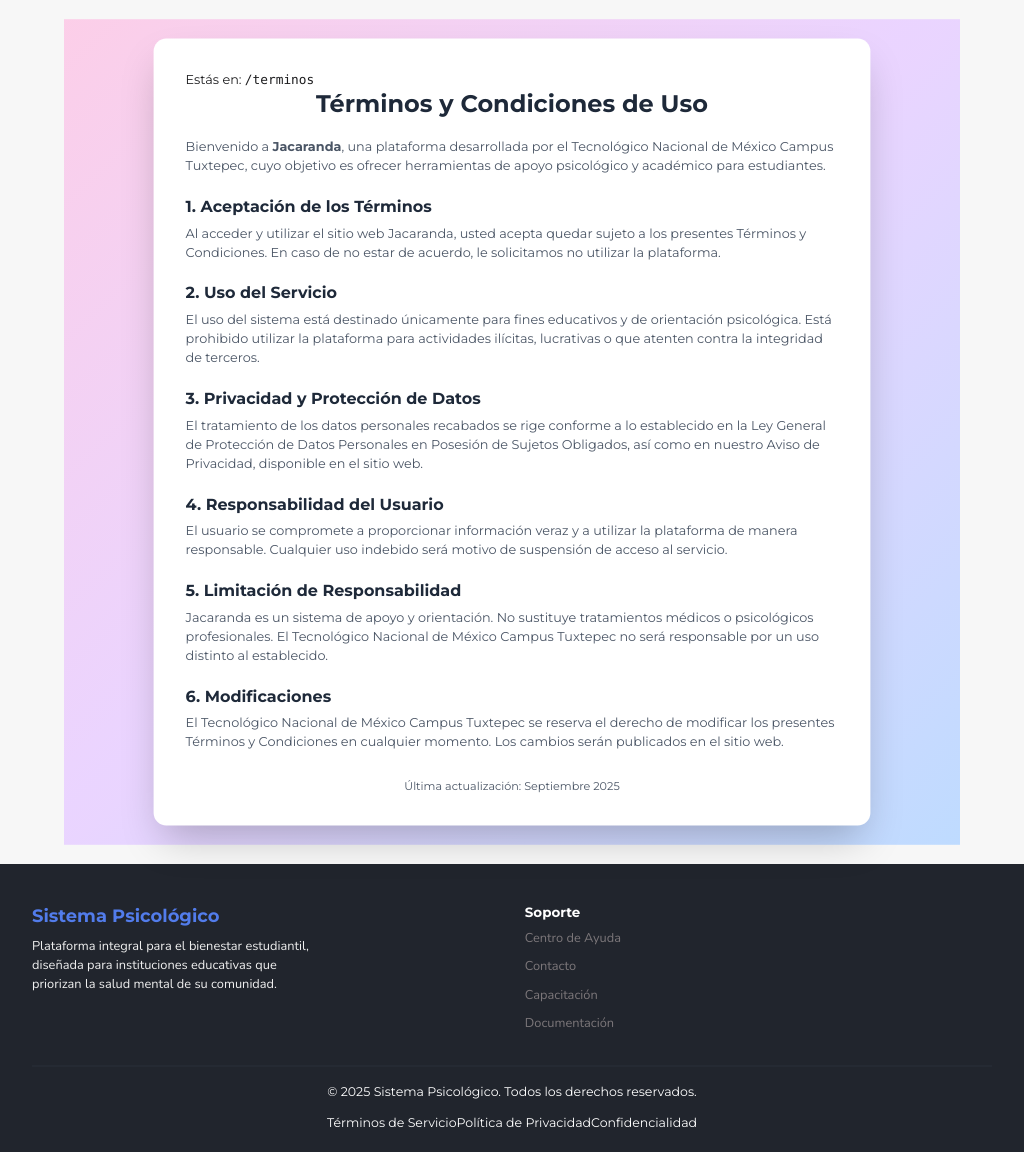
Repository: moon1710/SistemaPsico
Page: /terminos (app in client/)
An editor plug-in stored every save of this project. The page is shown before and after the next save, followed by the edit.
The browser window is 1280 px wide. The pictures show the whole page, at 80% of full size.
The project was rebuilt for these pictures with package versions that can differ from the ones it lists, and the page was loaded fresh each time. Also part of the build but not shown: client/vite.config.js, client/src/components/onboarding/onboardingConfig.js, client/src/components/onboarding/TutorialSteps.jsx, client/src/components/onboarding/WelcomeForm.jsx, client/src/components/onboarding/OnboardingModal.jsx, client/src/components/layout/AdaptiveSidebar/sidebarConfig.jsx, client/src/components/layout/AdaptiveSidebar/MenuItem.jsx, client/src/components/layout/AdaptiveSidebar/SidebarHeader.jsx and 40 more.

Above is the page before, as saved 2025-09-21 17:20:02.

After the next save:
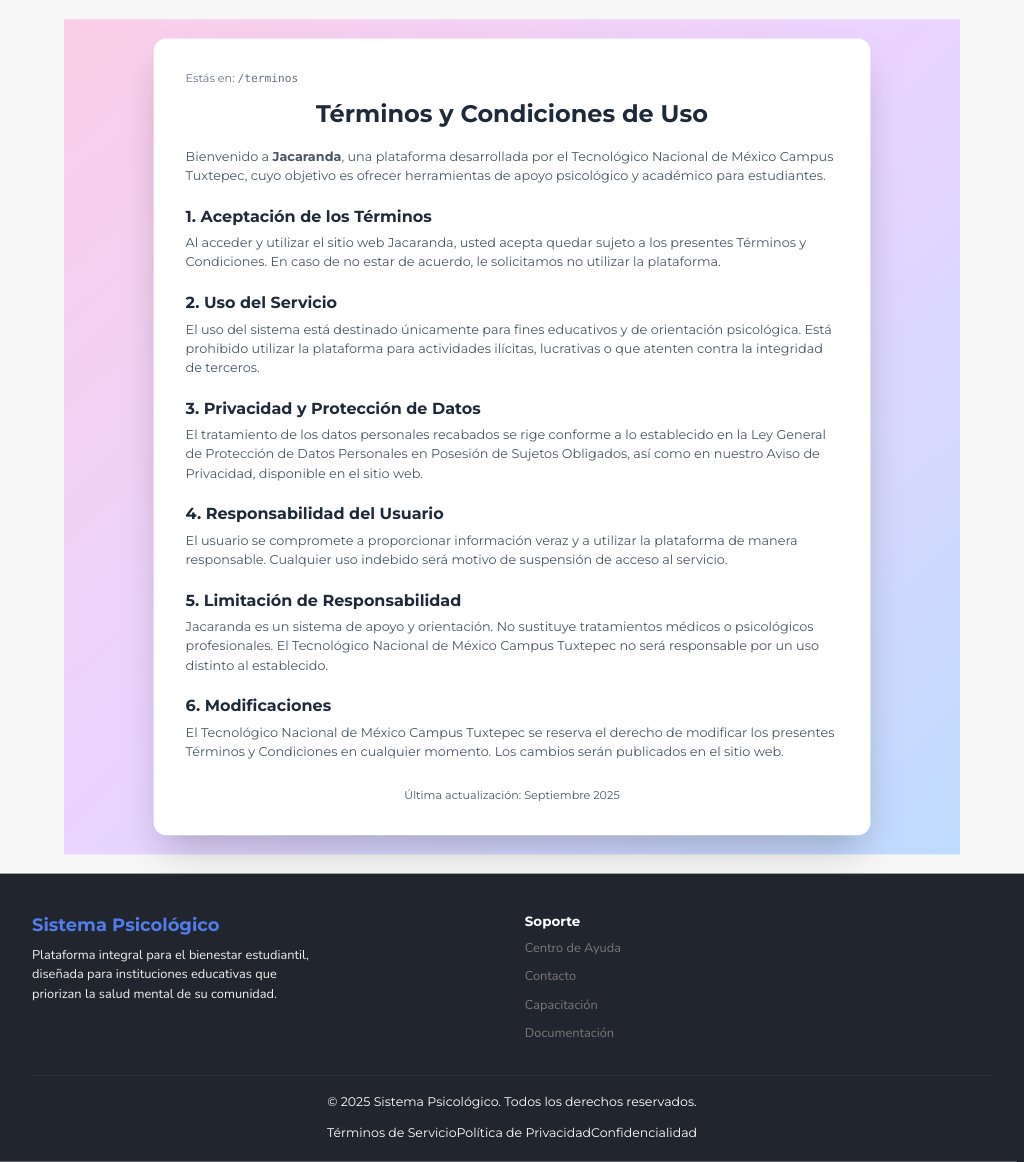
Saved 4 min 14 s later.
--- a/client/src/pages/TerminosPage.jsx
+++ b/client/src/pages/TerminosPage.jsx
@@ -5,9 +5,12 @@
   const { pathname } = useLocation();
 
   return (
-      <div className="min-h-screen flex items-center justify-center bg-gradient-to-br from-pink-200 via-purple-200 to-blue-200 p-6">
-      <div className="bg-white shadow-2xl rounded-2xl max-w-4xl w-full p-10 overflow-y-auto">
-        Estás en: <code>{pathname}</code>
+    <div className="min-h-screen w-full bg-gradient-to-br from-pink-200 via-purple-200 to-blue-200 p-6">
+      <div className="max-w-4xl mx-auto bg-white shadow-2xl rounded-2xl p-10">
+        <p className="text-sm text-gray-500 mb-4">
+          Estás en: <code>{pathname}</code>
+        </p>
+
         <h1 className="text-3xl font-bold text-center text-gray-800 mb-6">
           Términos y Condiciones de Uso
         </h1>
@@ -42,10 +45,10 @@
           3. Privacidad y Protección de Datos
         </h2>
         <p className="text-gray-600 mb-4">
-          El tratamiento de los datos personales recabados se rige conforme a
-          lo establecido en la Ley General de Protección de Datos Personales en
-          Posesión de Sujetos Obligados, así como en nuestro Aviso de
-          Privacidad, disponible en el sitio web.
+          El tratamiento de los datos personales recabados se rige conforme a lo
+          establecido en la Ley General de Protección de Datos Personales en
+          Posesión de Sujetos Obligados, así como en nuestro Aviso de Privacidad,
+          disponible en el sitio web.
         </p>
 
         <h2 className="text-xl font-semibold text-gray-800 mt-6 mb-2">
@@ -53,8 +56,8 @@
         </h2>
         <p className="text-gray-600 mb-4">
           El usuario se compromete a proporcionar información veraz y a utilizar
-          la plataforma de manera responsable. Cualquier uso indebido será
-          motivo de suspensión de acceso al servicio.
+          la plataforma de manera responsable. Cualquier uso indebido será motivo
+          de suspensión de acceso al servicio.
         </p>
 
         <h2 className="text-xl font-semibold text-gray-800 mt-6 mb-2">
@@ -71,9 +74,9 @@
           6. Modificaciones
         </h2>
         <p className="text-gray-600 mb-4">
-          El Tecnológico Nacional de México Campus Tuxtepec se reserva el
-          derecho de modificar los presentes Términos y Condiciones en cualquier
-          momento. Los cambios serán publicados en el sitio web.
+          El Tecnológico Nacional de México Campus Tuxtepec se reserva el derecho
+          de modificar los presentes Términos y Condiciones en cualquier momento.
+          Los cambios serán publicados en el sitio web.
         </p>
 
         <p className="text-gray-600 mt-8 text-sm text-center">
